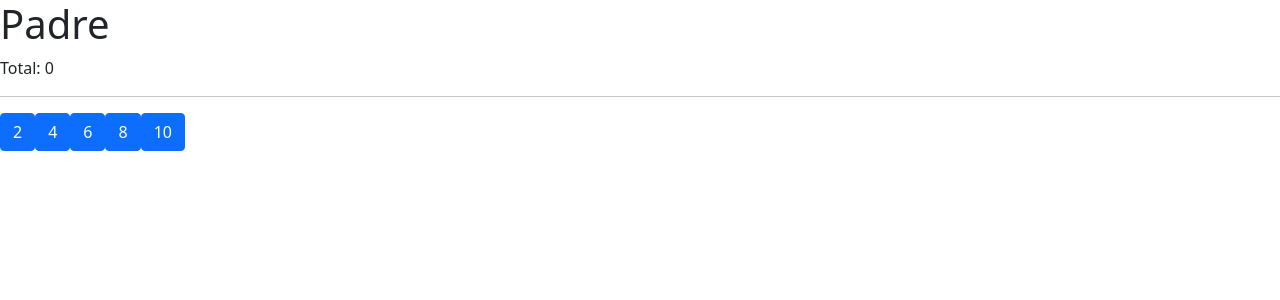
Repository: ppfeliuu/hooks-app
Page: /
The author's editor kept a copy of each file at every save. The page is drawn from the files as they stood at one save, then again after the next save.
The browser window is 1280 px wide. The pictures show the whole page.
The project was rebuilt for these pictures with package versions that can differ from the ones it lists, and the page was loaded fresh each time.

Above is the page before, as saved 2021-05-30 00:03:56.

After the next save:
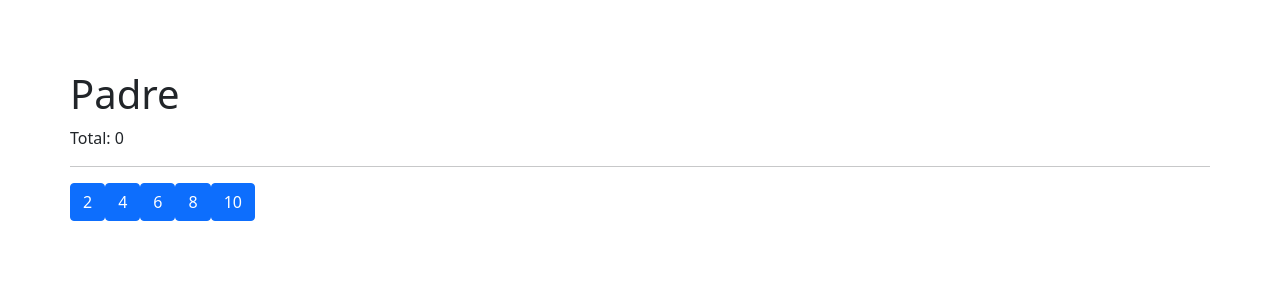
Saved 28 s later.
--- a/src/components/07-tarea-memo/Padre.js
+++ b/src/components/07-tarea-memo/Padre.js
@@ -1,34 +1,27 @@
-import React from 'react'
-import { Hijo } from './Hijo'
-import { useState } from 'react';
+import React from "react";
+import { Hijo } from "./Hijo";
+import { useState } from "react";
+import "../02-useEffect/effects.css";
 
 export const Padre = () => {
+  const numeros = [2, 4, 6, 8, 10];
+  const [valor, setValor] = useState(0);
 
-    const numeros = [2,4,6,8,10];
-    const [valor, setValor] = useState(0);
+  const incrementar = (num) => {
+    setValor(valor + num);
+  };
 
-    const incrementar = ( num ) => {
-        setValor( valor + num )
-    }
+  return (
+    <div>
+      <h1>Padre</h1>
+      <p> Total: {valor} </p>
 
+      <hr />
 
-    return (
-        <div>
-            <h1>Padre</h1>
-            <p> Total: { valor } </p>
-
-            <hr />
-
-            {
-                numeros.map( n => (
-                    <Hijo
-                        key={ n }
-                        numero={ n }
-                        incrementar={ incrementar }
-                    />
-                ))
-            }
-            {/* <Hijo /> */}
-        </div>
-    )
-}
+      {numeros.map((n) => (
+        <Hijo key={n} numero={n} incrementar={incrementar} />
+      ))}
+      {/* <Hijo /> */}
+    </div>
+  );
+};
